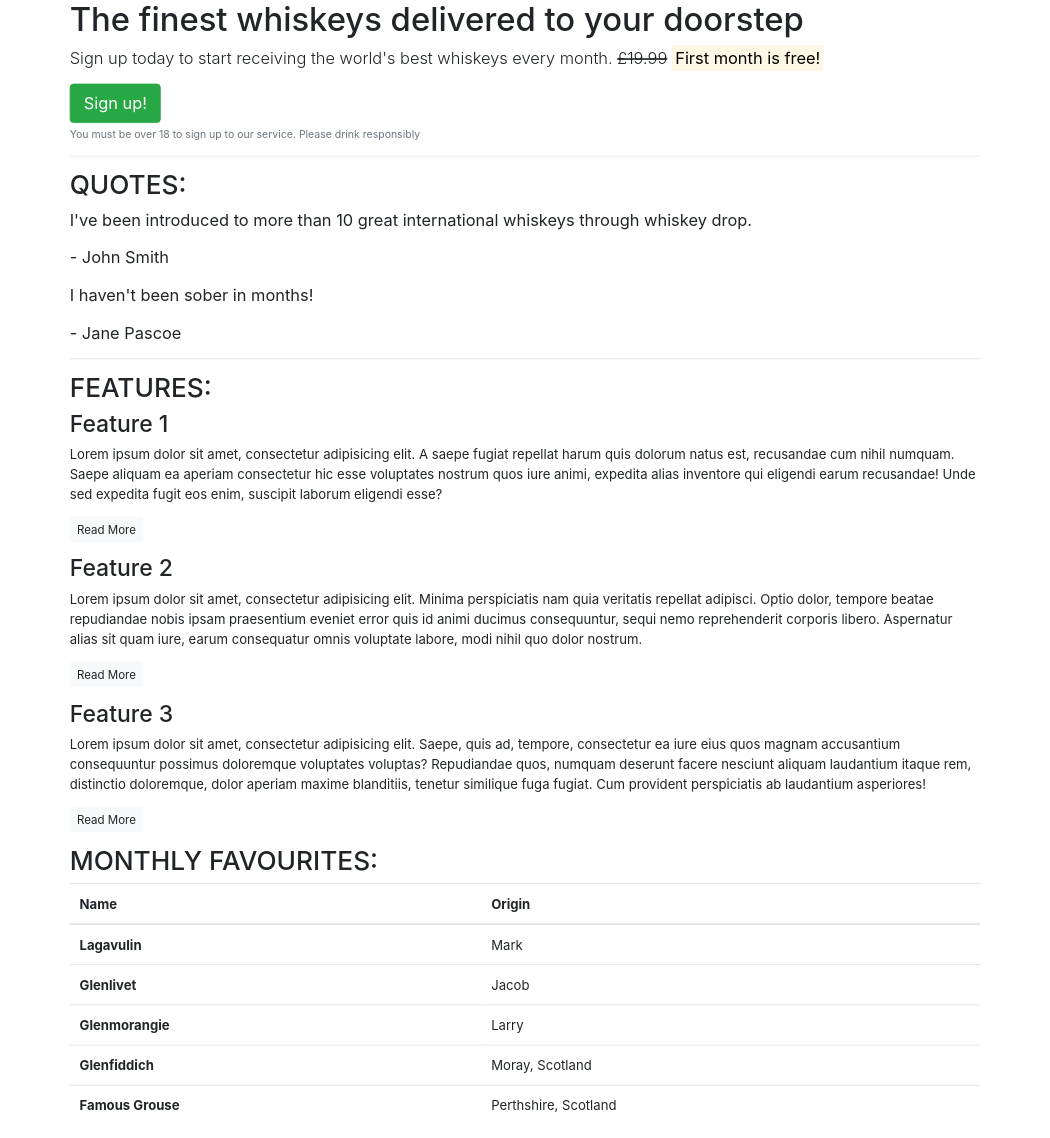
Repository: LouWills/WhiskeyDrop-bootstrap
Page: index.html
The author's editor kept a record of every edit. The page is drawn from the files as they stood at one moment, then again after the next edit.
The browser window is 1280 px wide. The pictures show the whole page, at 82% of full size.

Above is the page before.
Console error: TypeError: Cannot read properties of undefined (reading 'fn')

### index.html
<!DOCTYPE html>
<html lang="en">
<head>
    <meta charset="UTF-8">
    <meta name="viewport" content="width=device-width, initial-scale=1.0">
    <meta http-equiv="X-UA-Compatible" content="ie=edge">
    <link rel="stylesheet" href="https://stackpath.bootstrapcdn.com/bootstrap/4.3.1/css/bootstrap.min.css" integrity="sha384-ggOyR0iXCbMQv3Xipma34MD+dH/1fQ784/j6cY/iJTQUOhcWr7x9JvoRxT2MZw1T" crossorigin="anonymous">
<script src="https://stackpath.bootstrapcdn.com/bootstrap/4.3.1/js/bootstrap.min.js" integrity="sha384-JjSmVgyd0p3pXB1rRibZUAYoIIy6OrQ6VrjIEaFf/nJGzIxFDsf4x0xIM+B07jRM" crossorigin="anonymous"></script>
    <!--main.css are my own styles on the website-->
    <link rel="stylesheet" href="main.css" type="text/css" />
    <title>Whiskey Drop_Taste a new whiskey every month</title>
</head>
<body>
   <article class="container">
       <!--callout-->
       <section class="callout">
           <h1>The finest whiskeys delivered to your doorstep</h1>
           <p class="lead">Sign up today to start receiving the world's best whiskeys every month. <s>£19.99</s> <strong><mark>First month is free!</mark></strong></p>
            <button class="btn btn-success btn-lg btn-tablet">Sign up!</button>
           <p class="text-muted"><small>You must be over 18 to sign up to our service. Please drink responsibly</small></p>
       </section>
       <!--/.callout-->
       <hr>

       <!-- Quotes -->
       <section class="quotes">
           <h2 class="text-uppercase">Quotes:</h2>
           <blockquote class="blockquote">
               <p>I've been introduced to more than 10 great international whiskeys through whiskey drop.</p>
               <p>- John Smith</p>
           </blockquote>
           <blockquote class="blockquote">
               <p>I haven't been sober in months!</p>
               <p>- Jane Pascoe</p>
           </blockquote>
        </section>
        <!--/.quotes-->

        <hr>

        <!--Features-->
        <section class="features">
            <h2 class="text-uppercase">Features:</h2>
            <div class="feature">
                <h3>Feature 1</h3>
                <p>Lorem ipsum dolor sit amet, consectetur adipisicing elit. A saepe fugiat repellat harum quis dolorum natus est, recusandae cum nihil numquam. Saepe aliquam ea aperiam consectetur hic esse voluptates nostrum quos iure animi, expedita alias inventore qui eligendi earum recusandae! Unde sed expedita fugit eos enim, suscipit laborum eligendi esse?</p>
                <p><a class="btn btn-sm btn-light btn-tablet" href="">Read More</a></p>
            </div>
            <div class="feature">
                <h3>Feature 2</h3>
                <p>Lorem ipsum dolor sit amet, consectetur adipisicing elit. Minima perspiciatis nam quia veritatis repellat adipisci. Optio dolor, tempore beatae repudiandae nobis ipsam praesentium eveniet error quis id animi ducimus consequuntur, sequi nemo reprehenderit corporis libero. Aspernatur alias sit quam iure, earum consequatur omnis voluptate labore, modi nihil quo dolor nostrum.</p>
                <p><a class="btn btn-sm btn-light btn-tablet" href="">Read More</a></p>
            </div>
            <div class="feature">
                <h3>Feature 3</h3>
                <p>Lorem ipsum dolor sit amet, consectetur adipisicing elit. Saepe, quis ad, tempore, consectetur ea iure eius quos magnam accusantium consequuntur possimus doloremque voluptates voluptas? Repudiandae quos, numquam deserunt facere nesciunt aliquam laudantium itaque rem, distinctio doloremque, dolor aperiam maxime blanditiis, tenetur similique fuga fugiat. Cum provident perspiciatis ab laudantium asperiores!</p>
                <p><a class="btn btn-sm btn-light btn-tablet" href="">Read More</a></p>
            </div>
        </section>
        <!-- /.Features -->

        <!--Monthly Favourites-->
        <section class="monthlyFavourites">
            <h2 class="text-uppercase">Monthly favourites:</h2>
            <table class="table">
                <thead>
                    <tr>
                      <th scope="col" class="tab-header">Name</th>
                      <th scope="col" class="tab-header">Origin</th>
                    </tr>
                </thead>
                <tbody>
                    <tr>
                      <th scope="row">Lagavulin</th>
                      <td>Mark</td>
                    </tr>
                    <tr>
                      <th scope="row">Glenlivet</th>
                      <td>Jacob</td>
                    </tr>
                    <tr>
                      <th scope="row">Glenmorangie</th>
                      <td>Larry</td>
                    </tr>
                     <tr>
                      <th scope="row">Glenfiddich</th>
                      <td>Moray, Scotland</td>
                    </tr>
                    <tr>
                      <th scope="row">Famous Grouse</th>
                      <td>Perthshire, Scotland</td>
                    </tr>
                </tbody>
            </table>
        </section>
   </article>
</body>
</html>

### main.css
@media (max-width: 767px) {
    .btn-tablet {
    margin:auto;
    display:block;
}
}

After the next edit:
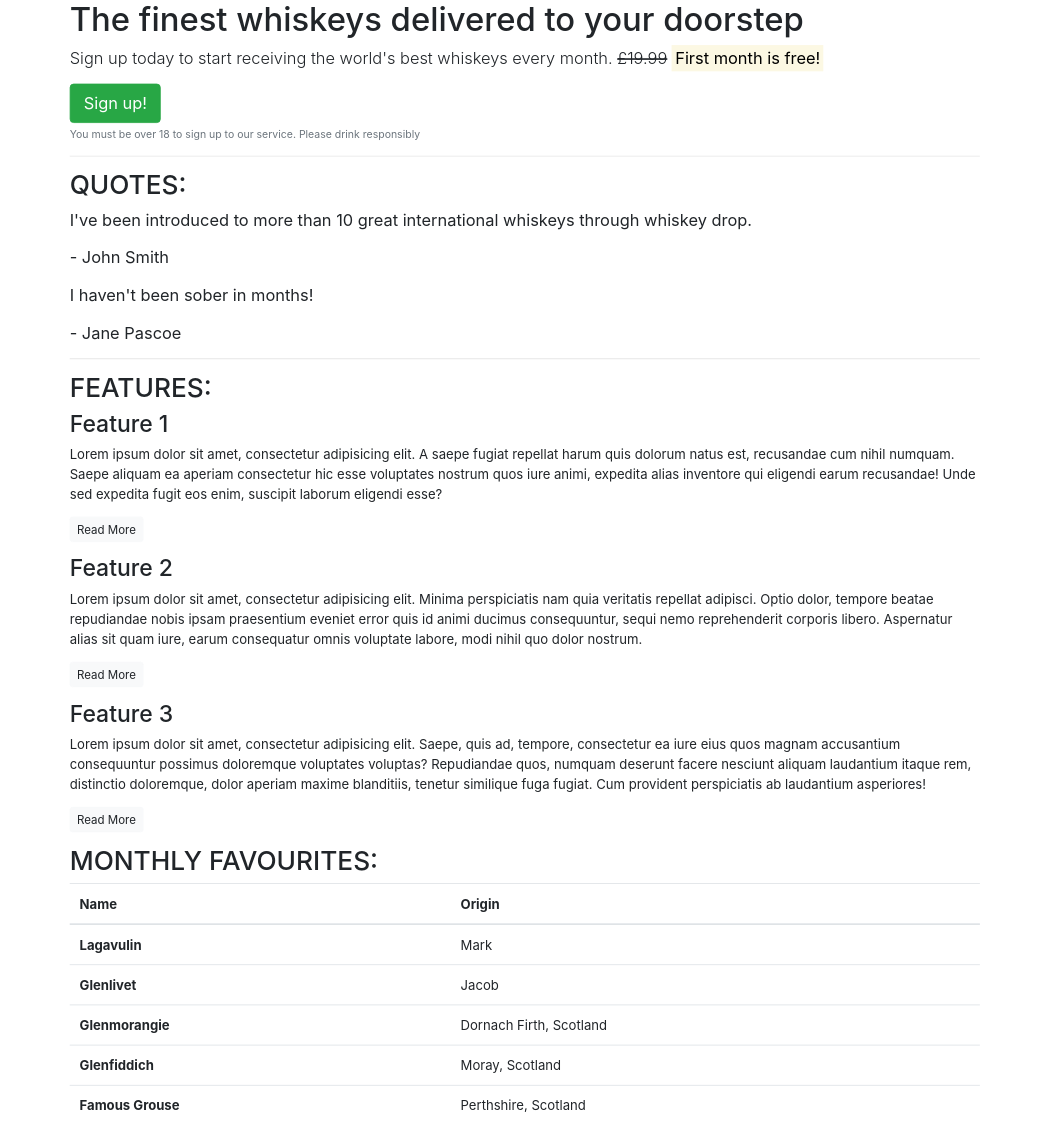
The edit:
--- a/index.html
+++ b/index.html
@@ -80,7 +80,7 @@
                     </tr>
                     <tr>
                       <th scope="row">Glenmorangie</th>
-                      <td>Larry</td>
+                      <td>Dornach Firth, Scotland</td>
                     </tr>
                      <tr>
                       <th scope="row">Glenfiddich</th>
